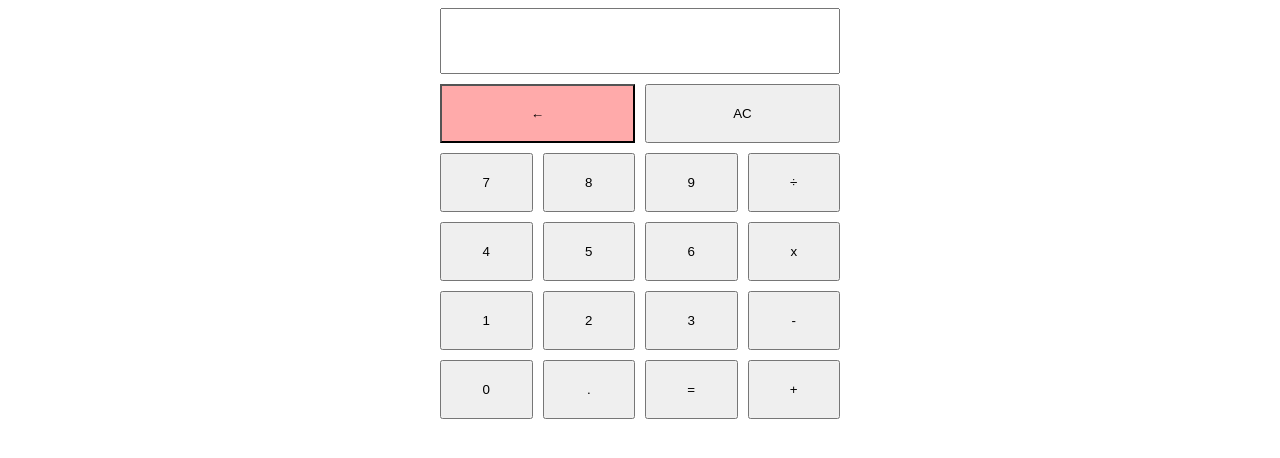
Repository: z1youRA/MyCalculator
Page: index.html
These files come from the project's save history. The page is drawn as it stood at one moment and after the next save; the edit follows.
The browser window is 1280 px wide. The pictures show the whole page.

Above is the page before, as saved 2021-12-19 17:50:23.

After the next save:
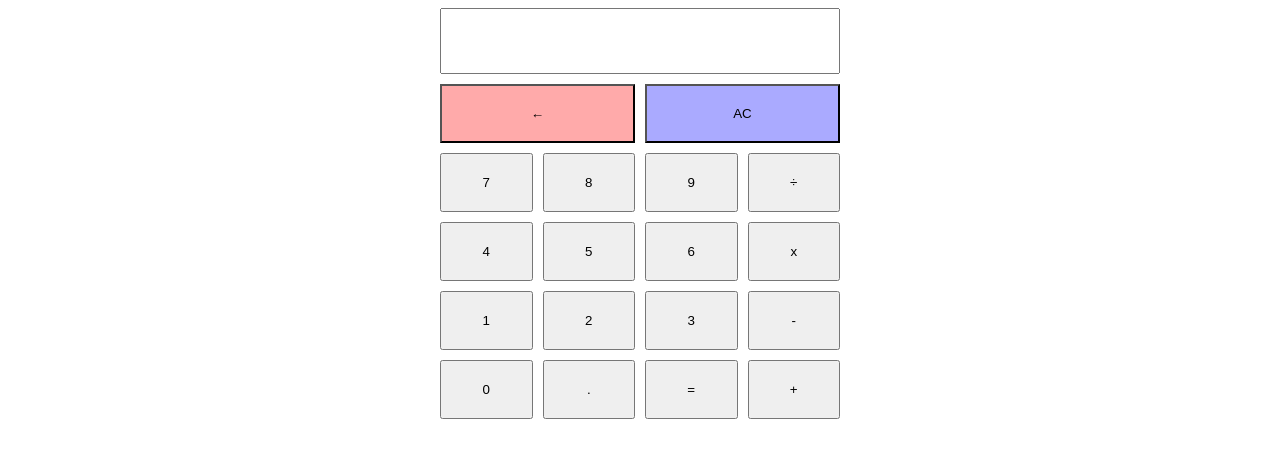
Saved 24 s later.
--- a/css/styles.css
+++ b/css/styles.css
@@ -47,6 +47,9 @@ input {
 .back {
     background-color: var(--btn-red);
 }
+.clear {
+    background-color: var(--btn-blue);
+}
 
 button {
     padding: 20px;
